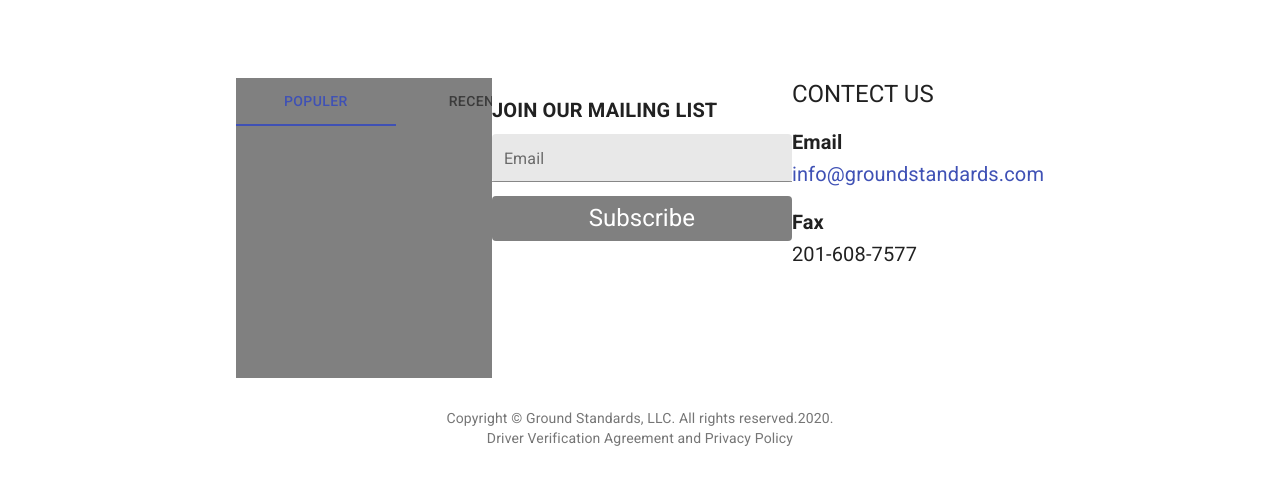
Repository: vinuvish/groundstandards_react
Page: /
These files come from the project's save history. The page is drawn as it stood at one moment and after the next save; the edit follows.
The browser window is 1280 px wide. The pictures show the part of the page from y = 3920 to 4416 px (the page is 4416 px tall).
The page's requests for data from a server got no answer. The project was rebuilt for these pictures with package versions that can differ from the ones it lists, and the page was loaded fresh each time. No one was signed in, and anything a server would have sent is missing. Also part of the build but not shown: src/pages/app/NotFoundPage.tsx, src/pages/app/SignUpPage.tsx, src/pages/app/AboutPage.tsx, src/pages/app/OurSolutionPage.tsx, src/pages/app/OurPartnerPage.tsx, src/pages/app/ResourcePage.tsx, src/pages/app/PressPage.tsx, src/pages/app/BlockPage.tsx and 1 more. Imported but missing from the stored project, and not drawn on this page: src/assets/video/video-2.mp4.

Above is the page before, as saved 2020-11-28 12:38:43.

After the next save:
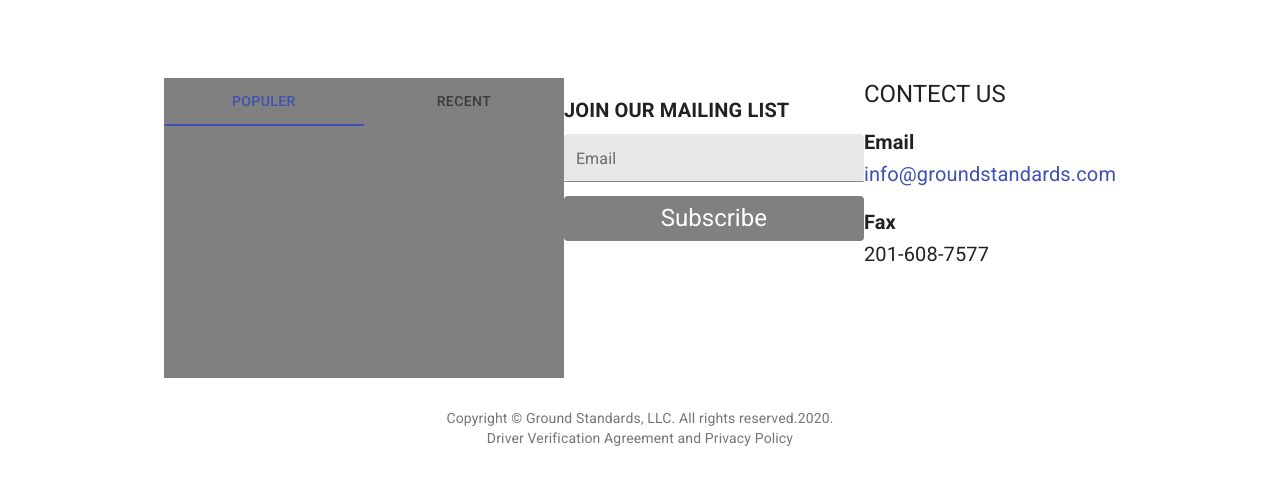
Saved 14 s later.
--- a/src/components/Zfooter.tsx
+++ b/src/components/Zfooter.tsx
@@ -137,7 +137,7 @@ const useStyles = makeStyles((theme) => ({
     tab: {
         backgroundColor: 'grey',
         color: 'grey',
-        width: '20vW',
+        width: 400,
         height: 300,
 
         variant: "scrollable"
